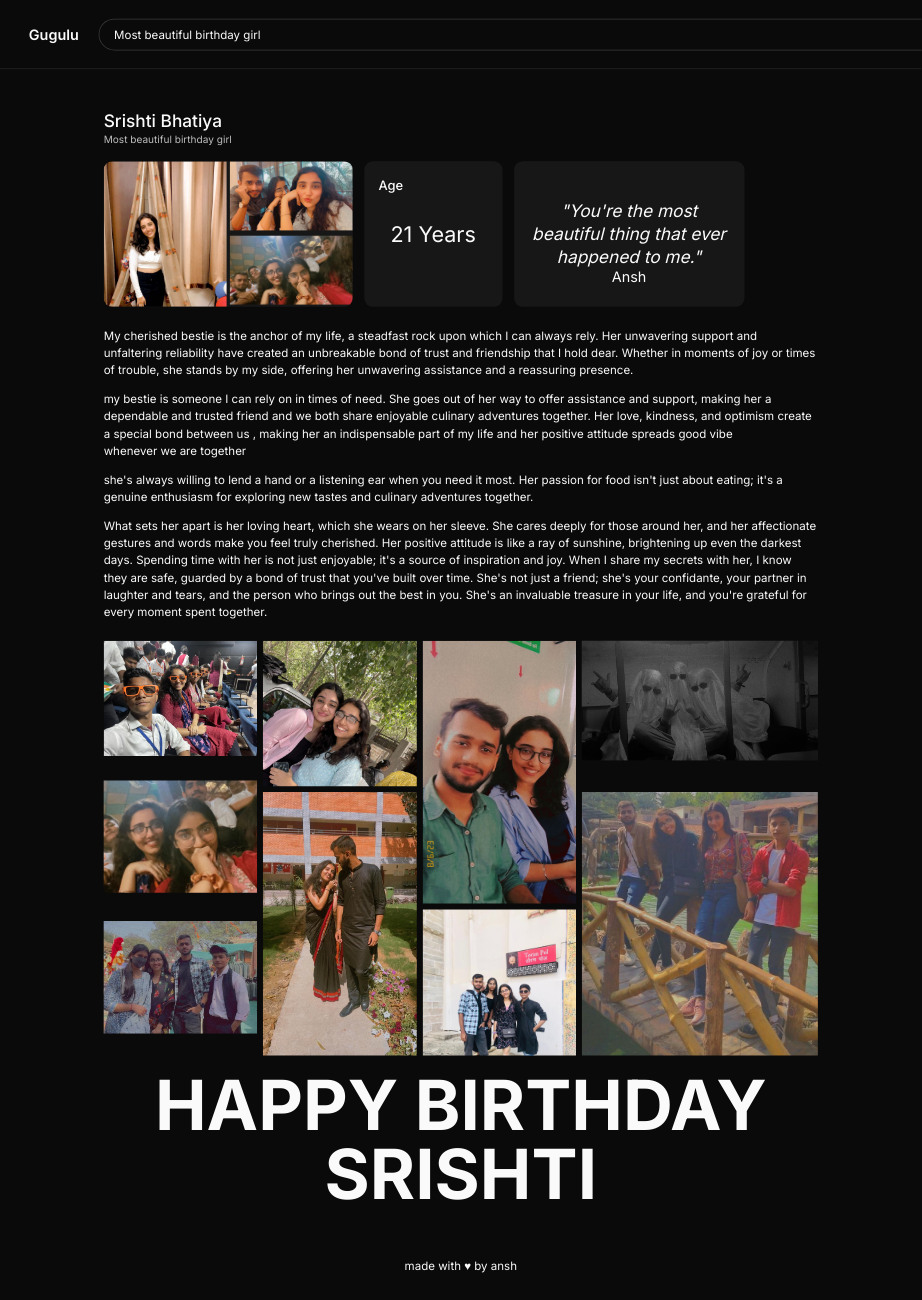
Repository: Harshgoel17/anshfinal
Page: /srishti
The author's editor kept a copy of each file at every save. The page is drawn from the files as they stood at one save, then again after a run of saves.
The browser window is 1280 px wide. The pictures show the whole page, at 72% of full size.
The project was rebuilt for these pictures with package versions that can differ from the ones it lists, and the page was loaded fresh each time. The framework's server and built-in components were replaced by stand-ins that run in the browser. Also part of the build but not shown: next.config.js, lib/utils.js, components/ui/button.jsx.

Above is the page before, as saved 2023-10-06 18:04:16.

### app/layout.js
import "./globals.css";
import { Inter } from "next/font/google";

const inter = Inter({ subsets: ["latin"] });

export const metadata = {
  title: "Gugulu",
  description: "Generated by create next app",
};

export default function RootLayout({ children }) {
  return (
    <html lang="en">
      <body className={inter.className}>{children}</body>
    </html>
  );
}

### app/srishti/page.jsx
import Gallery from '@/components/Gallery'
import HappyBirthday from '@/components/HappyBirthday'
import Navbar from '@/components/Navbar'
import { Button } from '@/components/ui/button'
import React from 'react'

const page = () => {



  return (
    <div className='overflow-x-hidden'>
        <Navbar />
        <div className='py-14 px-36 gap-5 flex flex-col'>
            <div>
                <h1 className='text-2xl font-medium'>Srishti Bhatiya</h1>
                <p className='text-sm opacity-75'>Most beautiful birthday girl</p>
            </div>

            <div className='flex items-center gap-4'>
                <div className='bg-neutral-900 lg:w-[27vw] h-[28vh]  rounded-xl flex gap-1 overflow-hidden'>
                    <span className=' w-[50%] h-full relative overflow-hidden'>
                        <img src="images/84.jpg" alt="" className='absolute' />
                    </span>

                    <div className='flex flex-col gap-1 w-[50%] h-full overflow-hidden'>
                        <span className=' h-[50%] w-full relative overflow-hidden'>
                            <img src="images/71.jpg" alt="" className='absolute' />
                        </span>
                        <span className=' h-[50%] w-full relative overflow-hidden'>
                            <img src="images/33.jpg" alt="" className='absolute' />
                        </span>
                    </div>
                </div>

                <div className='bg-neutral-900 lg:w-[15vw] h-[28vh]  rounded-xl flex gap-1 overflow-hidden items-center justify-center text-center px-5 text-3xl relative'>
                    <p className='absolute text-lg top-5 left-5 font-medium'>Age</p>
                    <p>
                    21 Years
                    </p>
                </div>

                <div className='bg-neutral-900 lg:w-[25vw] h-[28vh]  rounded-xl flex gap-1 overflow-hidden items-center justify-center text-center px-5  relative'>
                        <p className='text-xl '><span className='italic text-2xl'>"You're the most beautiful thing that ever happened to me."</span>  <br /><span className='absolute bottom-7 left-[50%] translate-x-[-50%]'>
                        Ansh</span></p>
                </div>
            </div>

            <div className='text-lol py-2 flex flex-col gap-4'>
                <p>
                My cherished bestie is the anchor of my life, a steadfast rock upon which I can always rely. Her unwavering support and unfaltering reliability have created an unbreakable bond of trust and friendship that I hold dear. Whether in moments of joy or times of trouble, she stands by my side, offering her unwavering assistance and a reassuring presence.


                </p>

                <p>
                my bestie is someone I can rely on in times of need. She goes out of her way to offer assistance and support, making her a dependable and trusted friend and we both share enjoyable culinary adventures together. Her love, kindness, and optimism create a special bond between us , making her an indispensable part of my life and her positive attitude spreads good vibe whenever we are together


                </p>

                <p>
                she's always willing to lend a hand or a listening ear when you need it most. Her passion for food isn't just about eating; it's a genuine enthusiasm for exploring new tastes and culinary adventures together.



                </p>

                <p>
                What sets her apart is her loving heart, which she wears on her sleeve. She cares deeply for those around her, and her affectionate gestures and words make you feel truly cherished. Her positive attitude is like a ray of sunshine, brightening up even the darkest days. Spending time with her is not just enjoyable; it's a source of inspiration and joy.
When I share my secrets with her, I know they are safe, guarded by a bond of trust that you've built over time. She's not just a friend; she's your confidante, your partner in laughter and tears, and the person who brings out the best in you. She's an invaluable treasure in your life, and you're grateful for every moment spent together.
                </p>
            </div>

            <Gallery />

            <HappyBirthday />




            <div className='mt-12 mb-[-20px] text-center'>
                made with ♥ by ansh
            </div>
        </div>
    </div>
  )
}

export default page

### app/globals.css
@tailwind base;
@tailwind components;
@tailwind utilities;

@layer base {
  :root {
    --background: 0 0% 3.9%;
    --foreground: 0 0% 98%;

    --card: 0 0% 3.9%;
    --card-foreground: 0 0% 98%;

    --popover: 0 0% 3.9%;
    --popover-foreground: 0 0% 98%;

    --primary: 0 0% 98%;
    --primary-foreground: 0 0% 9%;

    --secondary: 0 0% 14.9%;
    --secondary-foreground: 0 0% 98%;

    --muted: 0 0% 14.9%;
    --muted-foreground: 0 0% 63.9%;

    --accent: 0 0% 14.9%;
    --accent-foreground: 0 0% 98%;

    --destructive: 0 62.8% 30.6%;
    --destructive-foreground: 0 0% 98%;

    --border: 0 0% 14.9%;
    --input: 0 0% 14.9%;
    --ring: 0 0% 83.1%;
  }

  .dark {
    --background: 0 0% 3.9%;
    --foreground: 0 0% 98%;

    --card: 0 0% 3.9%;
    --card-foreground: 0 0% 98%;

    --popover: 0 0% 3.9%;
    --popover-foreground: 0 0% 98%;

    --primary: 0 0% 98%;
    --primary-foreground: 0 0% 9%;

    --secondary: 0 0% 14.9%;
    --secondary-foreground: 0 0% 98%;

    --muted: 0 0% 14.9%;
    --muted-foreground: 0 0% 63.9%;

    --accent: 0 0% 14.9%;
    --accent-foreground: 0 0% 98%;

    --destructive: 0 62.8% 30.6%;
    --destructive-foreground: 0 0% 98%;

    --border: 0 0% 14.9%;
    --input: 0 0% 14.9%;
    --ring: 0 0% 83.1%;
  }
}

@layer base {
  * {
    @apply border-border;
  }
  body {
    @apply bg-background text-foreground;
  }
}

### components/Gallery.jsx
import React from 'react'

const Gallery = () => {
  return (
    <div className='h-[80vh] max-h-[80vh] flex gap-2'>
        <div className='grid grid-cols-3 gap-2 h-full  w-full flex-[2]  '>
            <div className='flex flex-col h-full w-full  gap-2'>
                <span className=' w-full h-full relative overflow-hidden'>
                    <img src="/images/34.jpg" alt="" className='absolute'/>
                </span>
                <span className=' w-full h-full relative overflow-hidden'>
                    <img src="/images/33.jpg" alt="" className='absolute scale-[1.6]'/>
                </span>
                <span className=' w-full h-full relative overflow-hidden'>
                    <img src="/images/25.jpg" alt="" className='absolute scale-[1.7]'/>
                </span>
            </div>

            <div className='flex flex-col h-full w-full  gap-2'>
                <span className=' w-full h-full flex-1 relative overflow-hidden'>
                    <img src="/images/79.jpg" alt="" className='absolute '/>
                </span>

                <span className=' w-full h-full flex-[1.8] relative overflow-hidden'>
                    <img src="/images/50.jpg" alt="" className='absolute '/>
                </span>
            </div>

            <div className='flex flex-col h-full w-full  gap-2'>
                <span className=' w-full h-full flex-[1.8] relative overflow-hidden'>
                    <img src="/images/89.jpg" alt="" className='absolute '/>
                </span>
                <span className=' w-full h-full flex-1 relative overflow-hidden'>
                    <img src="/images/36.jpg" alt="" className='absolute '/>
                </span>

            </div>


        </div>

        <div className='flex h-full flex-col w-full flex-1 gap-2  '>
            <span className=' w-full h-full flex-1 relative overflow-hidden'>
                    <img src="/images/13.jpg" alt="" className='absolute scale-[1.13]'/>
                </span>

                <span className=' w-full h-full flex-[1.8] relative overflow-hidden'>
                    <img src="/images/38.jpg" alt="" className='absolute translate-y-[-230px]'/>
                </span>
        </div>
    </div>
  )
}

export default Gallery

### components/HappyBirthday.jsx
import React from 'react'

const HappyBirthday = () => {
  return (
    <div className='text-8xl font-bold text-center'>
        HAPPY BIRTHDAY <span>SRISHTI</span>
    </div>
  )
}

export default HappyBirthday

### components/Navbar.jsx
import React from 'react'
import { Button } from "@/components/ui/button";

const Navbar = () => {
  return (
    <div className='flex h-24 w-screen items-center justify-between border-b px-2 lg:px-10'>
        <div className='flex gap-7 items-center'>
            <h1 className='text-xl font-semibold hidden lg:block'>Gugulu</h1>
            <input type="text" className="bg-background border border-foreground/20 rounded-full h-11 w-[100vw] px-5" value={'Most beautiful birthday girl'}/>

            <div className='flex items-center justify-center gap-2 text-sm'>
                <a href='/srishti' className='rounded-full bg-foreground/10 px-5 py-[5px] cursor-pointer'>All</a>
                <a href='/srishti/images' className='rounded-full bg-foreground/10 px-5 py-[5px] cursor-pointer'>Images</a>
                <a href='/srishti/videos' className='rounded-full bg-foreground/10 px-5 py-[5px] cursor-pointer'>Videos</a>
                {/*  */}
            </div>
        </div>
        {/* <div className='flex items-center gap-6'>
            <Button variant="outline" className="rounded-xl" >Sign In</Button>
        </div> */}
    </div>
  )
}

export default Navbar

Loaded but not shown: tailwind.config.js (common file)

After the next 2 saves:
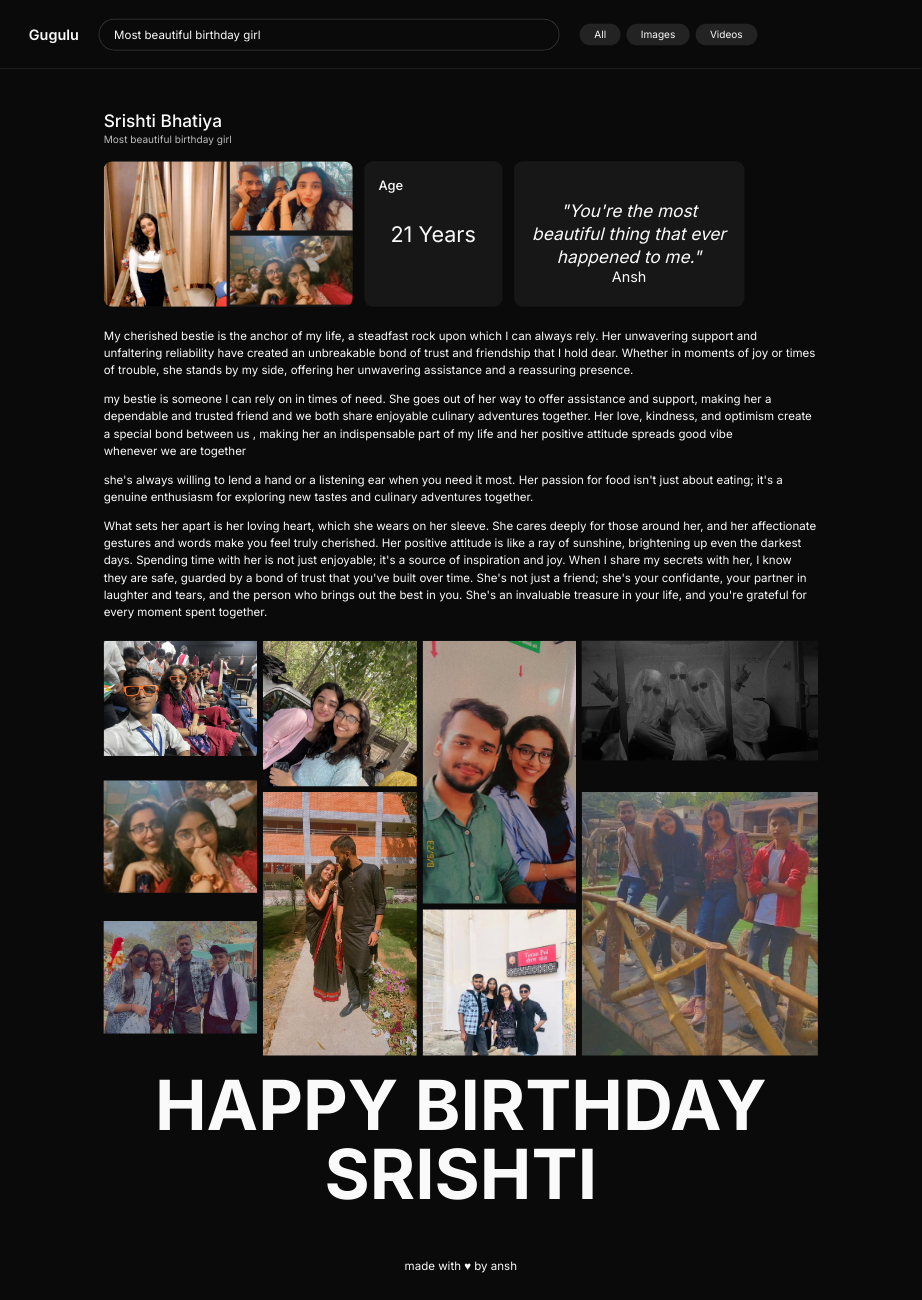
The 2 saves are shown as one change because they came seconds apart.
The last was saved 9 s later.
--- a/components/Navbar.jsx
+++ b/components/Navbar.jsx
@@ -6,7 +6,7 @@
     <div className='flex h-24 w-screen items-center justify-between border-b px-2 lg:px-10'>
         <div className='flex gap-7 items-center'>
             <h1 className='text-xl font-semibold hidden lg:block'>Gugulu</h1>
-            <input type="text" className="bg-background border border-foreground/20 rounded-full h-11 w-[100vw] px-5" value={'Most beautiful birthday girl'}/>
+            <input type="text" className="bg-background border border-foreground/20 rounded-full h-11 w-[50vw] px-5" value={'Most beautiful birthday girl'}/>
 
             <div className='flex items-center justify-center gap-2 text-sm'>
                 <a href='/srishti' className='rounded-full bg-foreground/10 px-5 py-[5px] cursor-pointer'>All</a>

After the save that followed:
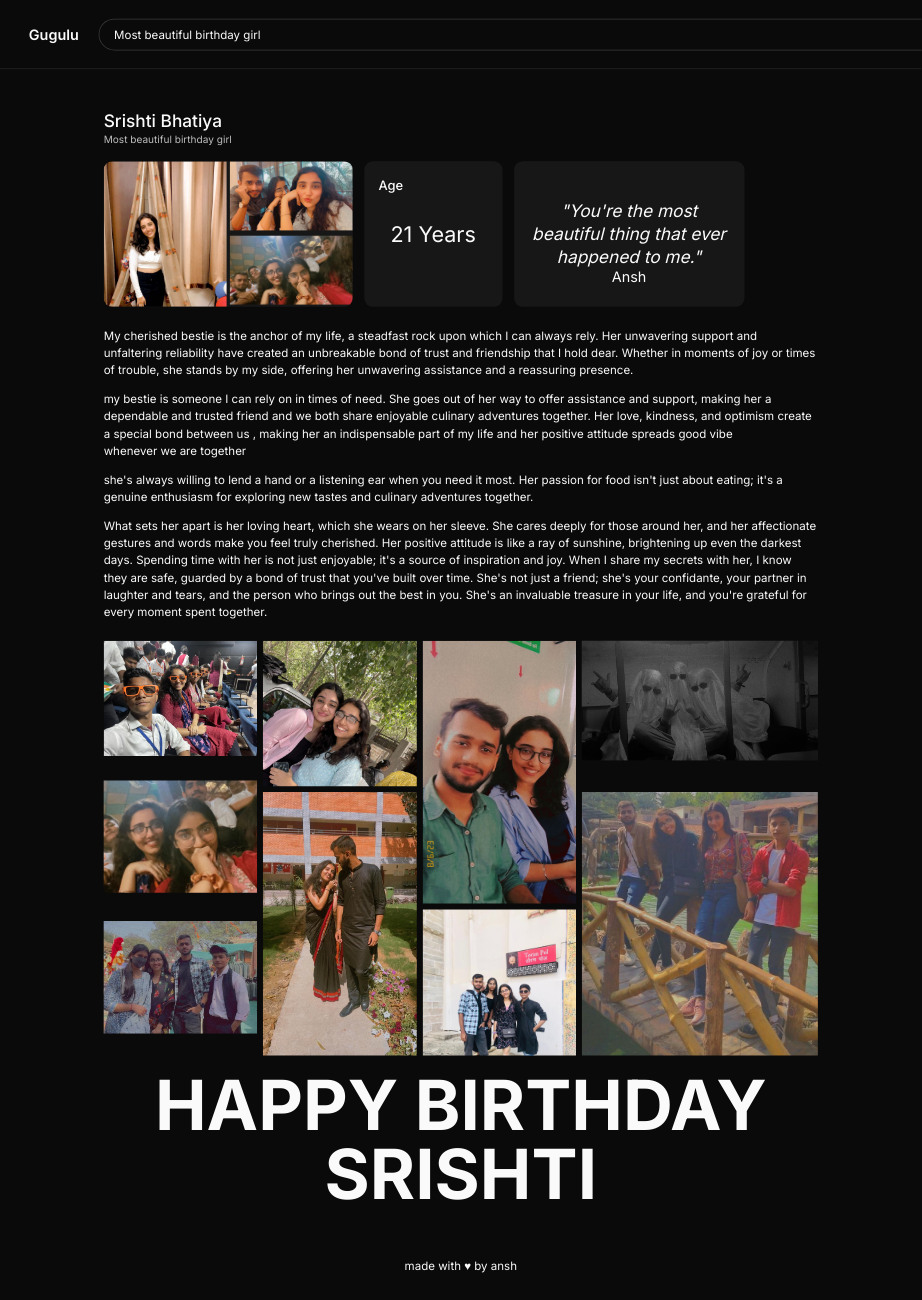
Saved 4 s later.
--- a/components/Navbar.jsx
+++ b/components/Navbar.jsx
@@ -6,7 +6,7 @@
     <div className='flex h-24 w-screen items-center justify-between border-b px-2 lg:px-10'>
         <div className='flex gap-7 items-center'>
             <h1 className='text-xl font-semibold hidden lg:block'>Gugulu</h1>
-            <input type="text" className="bg-background border border-foreground/20 rounded-full h-11 w-[50vw] px-5" value={'Most beautiful birthday girl'}/>
+            <input type="text" className="bg-background border border-foreground/20 rounded-full h-11 w-[95vw] px-5" value={'Most beautiful birthday girl'}/>
 
             <div className='flex items-center justify-center gap-2 text-sm'>
                 <a href='/srishti' className='rounded-full bg-foreground/10 px-5 py-[5px] cursor-pointer'>All</a>
